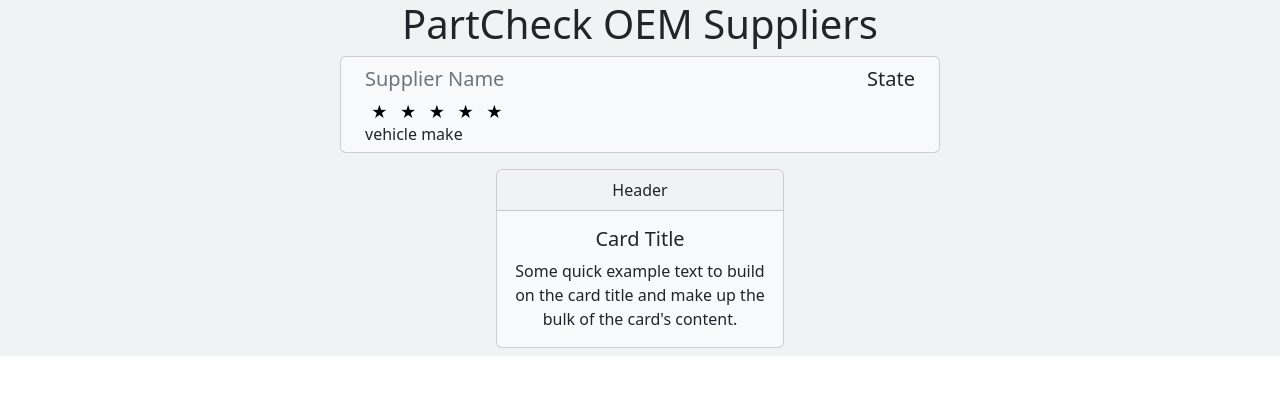
Repository: trungna4699/coding_challenge
Page: /
The author's editor kept a copy of each file at every save. The page is drawn from the files as they stood at one save, then again after the next save.
The browser window is 1280 px wide. The pictures show the whole page.
The project was rebuilt for these pictures with package versions that can differ from the ones it lists, and the page was loaded fresh each time.

Above is the page before, as saved 2022-09-01 16:50:49.

### src/index.css
body {
  margin: 0;
  background-color: #F0F3F4;
  font-family: -apple-system, BlinkMacSystemFont, 'Segoe UI', 'Roboto', 'Oxygen',
    'Ubuntu', 'Cantarell', 'Fira Sans', 'Droid Sans', 'Helvetica Neue',
    sans-serif;
  -webkit-font-smoothing: antialiased;
  -moz-osx-font-smoothing: grayscale;
}

code {
  font-family: source-code-pro, Menlo, Monaco, Consolas, 'Courier New',
    monospace;
}

### src/App.js
import './App.css';
import 'bootstrap/dist/css/bootstrap.min.css';

import Card from 'react-bootstrap/Card';
import Col from 'react-bootstrap/Col';
import Row from 'react-bootstrap/Row';
import StarRating from './starRating';

function App() {
  return (
    <div className="App">
      <h1>PartCheck OEM Suppliers</h1>

      <div className='listContainer'>
        <Card
          bg={"light"}
          style={{ width: '600px' }}
          className="mb-3"
        >
          <div className="supplierItems">
            <div className='supplierInfo'>
              <h5 className='text-secondary ms-4'>Supplier Name</h5>
              <h5 className='me-4'>State</h5>
            </div>

            <div className="ms-4" id="ratingStar">
              <StarRating />
              {/* {[...Array(5)].map((star) => {
                return (
                  <span className="star">&#9733;</span>
                );
              })} */}
            </div>
            <div className="ms-4" id="vehicleList">
              <h6>vehicle make</h6>
            </div>
          </div>
        </Card>

        <Card
          bg={"light"}
          // key={variant}
          text={"dark"}
          style={{ width: '18rem' }}
          className="mb-2"
        >
          <Card.Header>Header</Card.Header>
          <Card.Body>
            <Card.Title>Card Title </Card.Title>
            <Card.Text>
              Some quick example text to build on the card title and make up the
              bulk of the card's content.
            </Card.Text>
          </Card.Body>
        </Card>

      </div>


    </div>
  );
}

export default App;

### src/App.css
.App {
  background-color: #F0F3F4;
  text-align: center;
}

/* Star */
button {
  background-color: transparent;
  border: none;
  outline: none;
  cursor: pointer;
}
.on {
  color: orange;
}
.off {
  color: lightye;
}
/*  */

.listContainer {
  display: flex;
  flex-direction: column;
  align-items: center;
}

.supplierInfo {
  display: flex;
  justify-content: space-between;
  margin-top: 10px;
}

#ratingStar {
  display: flex;
}

#vehicleList {
  display: flex;
}



/* Default Settings */
.App-logo {
  height: 40vmin;
  pointer-events: none;
}

@media (prefers-reduced-motion: no-preference) {
  .App-logo {
    animation: App-logo-spin infinite 20s linear;
  }
}

.App-header {
  background-color: #282c34;
  min-height: 100vh;
  display: flex;
  flex-direction: column;
  align-items: center;
  justify-content: center;
  font-size: calc(10px + 2vmin);
  color: white;
}

.App-link {
  color: #61dafb;
}

@keyframes App-logo-spin {
  from {
    transform: rotate(0deg);
  }
  to {
    transform: rotate(360deg);
  }
}

### src/starRating.js
import React, { useState } from "react";

const StarRating = () => {
  const [rating, setRating] = useState(0);
  const [hover, setHover] = useState(0);
  return (
    <div className="star-rating">
      {[...Array(5)].map((star, index) => {
        index += 1;
        return (
          <button
            type="button"
            key={index}
            className={index <= (hover || rating) ? "on" : "off"}
            onClick={() => setRating(index)}
            onMouseEnter={() => setHover(index)}
            onMouseLeave={() => setHover(rating)}
          >
            <span className="star">&#9733;</span>
          </button>
        );
      })}
    </div>
  );
};

export default StarRating;

Loaded but not shown: public/index.html (common file); src/index.js (common file); src/reportWebVitals.js (common file)

After the next save:
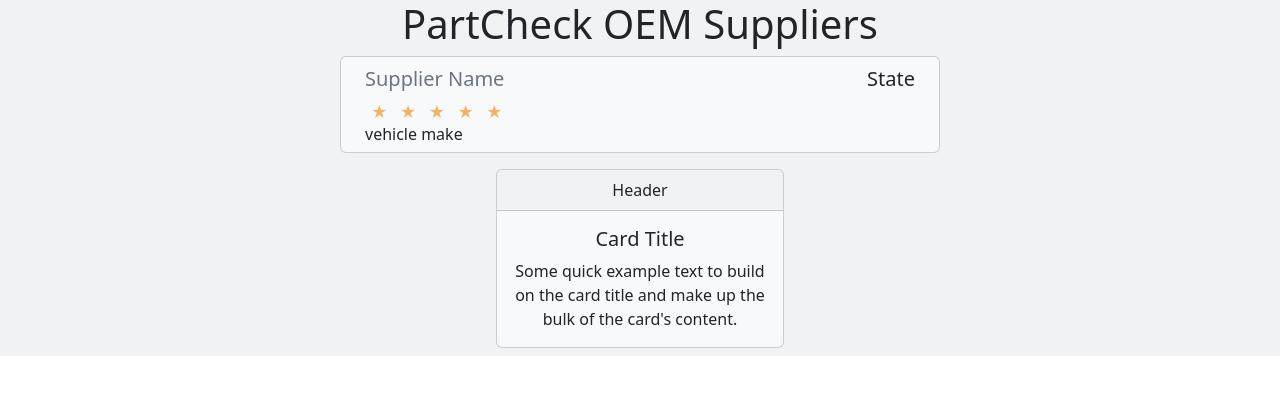
Saved 20 s later.
--- a/src/App.css
+++ b/src/App.css
@@ -14,7 +14,7 @@ button {
   color: orange;
 }
 .off {
-  color: lightye;
+  color: #F4B267;
 }
 /*  */
 
